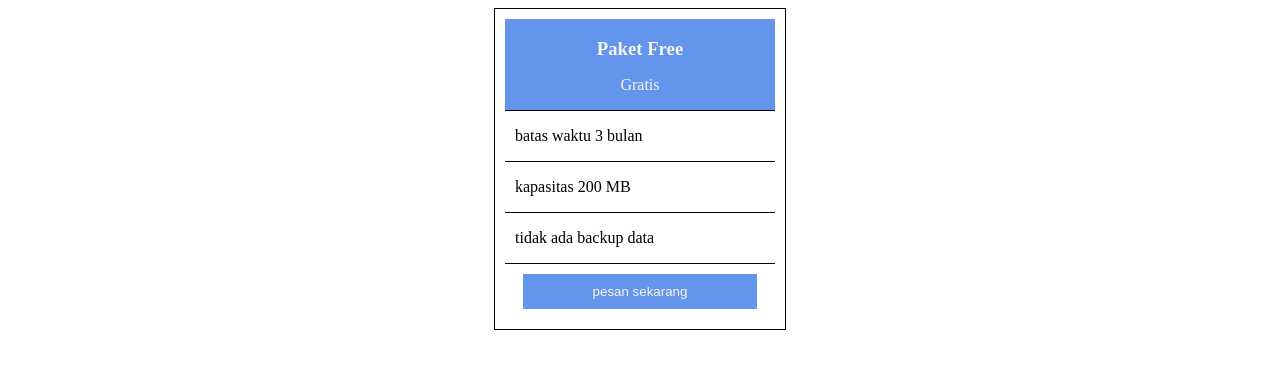
Repository: AHSANS354/tugas-sib5
Page: tugas css/index.html
The author's editor kept a copy of each file at every save. The page is drawn from the files as they stood at one save, then again after the next save.
The browser window is 1280 px wide. The pictures show the whole page.

Above is the page before, as saved 2023-08-29 15:47:11.

### tugas css/index.html
<!DOCTYPE html>
<html lang="en">
  <head>
    <meta charset="UTF-8" />
    <meta name="viewport" content="width=device-width, initial-scale=1.0" />
    <title>Tugas css eksternal</title>
    <link rel="stylesheet" href="style.css" />
  </head>
  <body>
    <!-- <table>
      <tr>
        <th>
          <p>paket free</p>
          <p>gratis</p>
        </th>
        <th>
          <p>paket premium</p>
          <p>rp.350.000,-</p>
        </th>
        <th>
          <p>paket profesional</p>
          <p>rp.500.000,-</p>
        </th>
      </tr>
      <tr>
        <td>batas waktu 3 bulan</td>
        <td>batas waktu 1 tahun</td>
        <td>batas waktu 2 tahun</td>
      </tr>
      <tr>
        <td>kapasitas 200 MB</td>
        <td>kapasitas 1GB</td>
        <td>kapasitas 3GB</td>
      </tr>
      <tr>
        <td>tidak ada backup data</td>
        <td>dilengkapi backup data</td>
        <td>dilengkapi backup data</td>
      </tr>
      <tr>
        <td>pesan sekarang</td>
        <td>pesan sekarang</td>
        <td>bonus domain</td>
      </tr>
      <tr>
        <td colspan="2"></td>
        <td>pesan sekarang</td>
      </tr>
    </table> -->
    <div class="container">
      <div class="row">
        <div class="col">
          <div class="card">
            <div class="header">
              <div>
                <h3>Paket Free</h3>
              </div>
              <div>
                <p>Gratis</p>
              </div>
            </div>
            <div class="content">
              <div>
                <p>batas waktu 3 bulan</p>
              </div>
              <div>
                <p>kapasitas 200 MB</p>
              </div>
              <div>
                <p>tidak ada backup data</p>
              </div>
              <div class="btn">
                <button type="button">pesan sekarang</button>
              </div>
            </div>
          </div>
        </div>
      </div>
    </div>
  </body>
</html>

### tugas css/style.css
th {
  border: 2px solid #000;
}

td {
  border: 2px solid #000;
}

.card {
  border: 1px solid black;
  padding: 10px;
  width: 270px;
}

.container {
  display: flex;
  justify-content: center;
}

.row {
  width: 50%;
}

.col {
  display: flex;
  justify-content: space-around;
}

.header {
  background-color: cornflowerblue;
  color: whitesmoke;
  display: flex;
  justify-content: center;
  align-items: center;
  flex-direction: column;
}

.content div {
  border-top: 1px solid black;
}

.content p {
  padding-left: 10px;
}

.btn {
  display: flex;
  justify-content: center;
}

button {
  padding: 10px 70px;
  margin: 10px 5px;
  background-color: cornflowerblue;
  border: none;
  color: whitesmoke;
}

h3 {
  margin-bottom: 0;
}

After the next save:
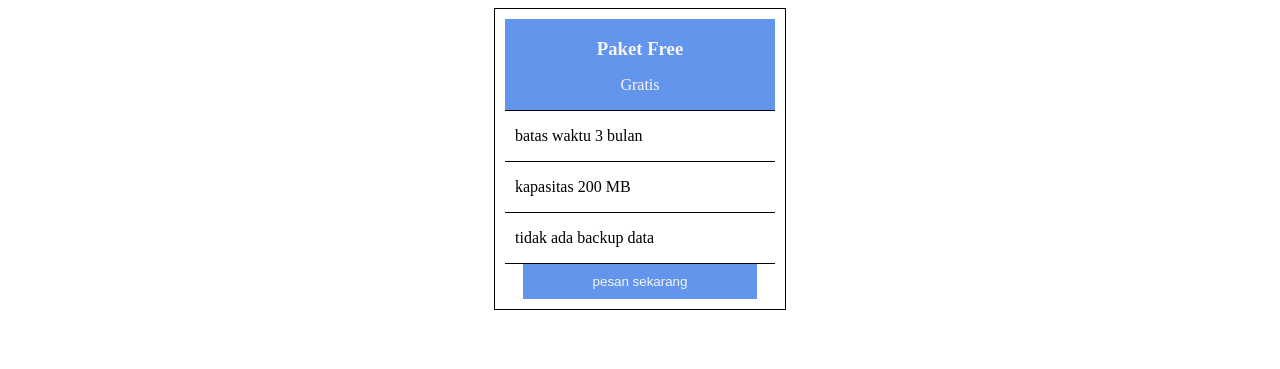
Saved 16 s later.
--- a/tugas css/style.css
+++ b/tugas css/style.css
@@ -50,7 +50,6 @@ td {
 
 button {
   padding: 10px 70px;
-  margin: 10px 5px;
   background-color: cornflowerblue;
   border: none;
   color: whitesmoke;
